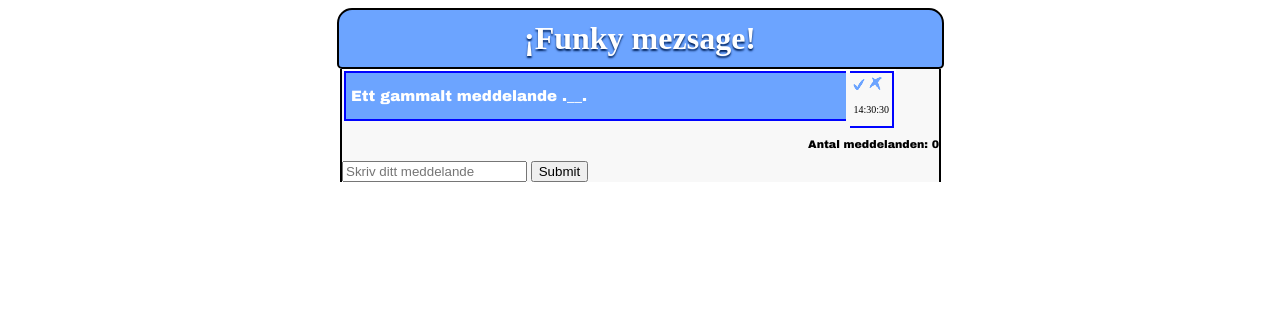
Repository: sk222sw/1dv403-laborationer
Page: 2-labbymezzage/index.html
The author's editor kept a record of every edit. The page is drawn from the files as they stood at one moment, then again after the next edit.
The browser window is 1280 px wide. The pictures show the whole page.

Above is the page before.
Console error: SyntaxError: Unexpected token ';'

### 2-labbymezzage/index.html
<!DOCTYPE html>
<html lang="sv">
<head>
    <meta charset="utf-8" />
    <title>Labby Message</title>

    <link rel="stylesheet" href="css/css.css" />

    <!--<link href='http://fonts.googleapis.com/css?family=Rock+Salt' rel='stylesheet' type='text/css'>-->

</head>
    <body>
        <div id="container">
            <header>
                <h1>¡Funky mezsage!</h1>
            </header>

            <main>
                <section id="mainsection">
                    <section class="oldMsg">

                        <div id="buttons">
                            <div id="timeButton"></div>
                            <div id="deleteButton"></div>
                            <p class="time">14:30:30</p>
                        </div>

                        <div id="oldMessageText">
                            <p class="msgText">Ett gammalt meddelande .__.</p>
                        </div>
                    </section>

                    <section id="newTextSection">
                        <p id="messageCounter">Antal meddelanden: 0</p>
                        <form>
                            <input type="text" id="textarea" name="textarea" placeholder="Skriv ditt meddelande">
                            <input type="submit" value="Submit" id="submit" />
                        </form>
                    </section>
                </section>
            </main>


            <script type="text/javascript" src="script/MessageBoard.js"></script>
            <script type="text/javascript" src="script/message.js"></script>
        </div>
    </body>
</html>

### 2-labbymezzage/css/css.css
/*
container
    main
        header
            h1
        section
            p
            textarea
*/

container: {
    width: 600px;
}

main {
    width: 600px;

    margin: 0 auto;


}

#mainsection {
    width: 597px;

    background: #f8f8f8;


    border-right: solid black 2px;
    border-left: solid black 2px;
}

header {
    margin: 0 auto;
    margin-bottom: 0px;
    background: #6CA4FF;

    width: 603px;

    border: solid black 2px;
    border-bottom: solid black 2px;

    border-top-left-radius: 15px;
    border-top-right-radius: 15px;
    border-bottom-left-radius: 5px;
    border-bottom-right-radius: 5px;

    padding-top: 10px;
    padding-bottom: 10px;
}

h1 {
    position: relative;
    margin: 0 auto;

    text-align: center;
    color: white;
    text-shadow: 0px 2px 2px #00235E;
    /*font-family: "Arial", "Rock Salt";*/

}

.area {
    position: relative;
}

.oldMsg {
    position: relative;

    width: 550px;
    border: solid white 2px;

    margin-bottom: 65px;
    padding: -2px;
}

.time {
    text-align: right;
    font-size: 10px;
}


#timeButton {
	background: url('../pics/checksprite.png') no-repeat -2px -2px;
	width: 12px;
	height: 11px;
	display: inline-block;
}

#deleteButton {
	background: url('../pics/checksprite.png') no-repeat -17px -2px;
	width: 13px;
	height: 13px;
	display: inline-block;
}

#oldMessageText {
    border-bottom: solid #0004FF 2px;
    border-top: solid #0004FF 2px;
    border-left: solid #0004FF 2px;
    width: 500px;
    float: left;

    background-color: #6ca4ff;
    color: white;
    font-family: 'Arial Black', sans-serif;
    font-size: 15px;

}

#buttons {
    padding: 3px;
    padding-bottom: 1px;
    border-right: solid #0004FF 2px;
    border-top: solid #0004FF 2px;
    border-bottom: solid #0004FF 2px;
    float: right;
}

#newTextSection {
    display: block;

    font-family: 'Arial Black';
    font-size: 11px;
}

#messageCounter {
    text-align: right;
}

.msgText {
    padding-left: 5px;
}

### 2-labbymezzage/script/MessageBoard.js
"use strict";

    var MessageBoard = {

        messages: [],

        init:function(e){
            var submit = document.getElementById("submit");
            var textarea = document.getElementById("textarea");

            submit.onclick = MessageBoard.createMessage;

        },

        createMessage: function (){
            var textarea = document.getElementById("textarea");

            MessageBoard.messages.push(new Message(textarea.value, new Date()));
            textarea.value = "";
            textarea.placeholder = "Skriv ditt meddelande.";
            MessageBoard.writeMessage();
            return false; // för att förhindra att sidan defaultladdas om
        },

        writeMessage: function () {
            var div = document.getElementById("msgText");
            document.getElementById("msgText").innerHTML = ;
        }
    };




window.onload = MessageBoard.init;

### 2-labbymezzage/script/message.js
"use strict";

function Message (message, date) {

    this.getText = function() {
        return message;
    },

    this.setText = function(_text) {
        message = _text;
    };

    this.getDate = function() {
        return date;
    };

    this.setDate = function(_date) {
        date = _date;
    };

}

Message.prototype.toString = function() {
    return this.getText()+" ("+this.getDate()+")";
};

Message.prototype.getHTMLText = function() {
    return Message.getText;
};

Message.prototype.getDateText = function() {
    return Message.getDate;
};

After the next edit:
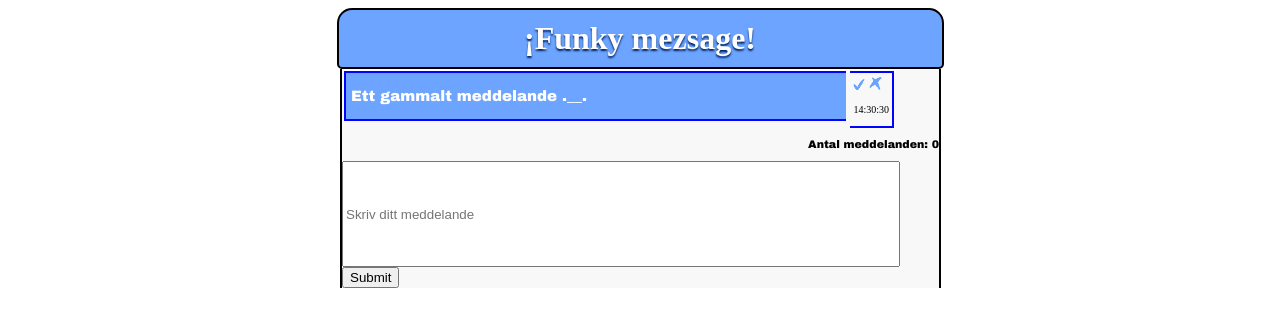
The edit:
--- a/2-labbymezzage/css/css.css
+++ b/2-labbymezzage/css/css.css
@@ -131,3 +131,8 @@ h1 {
 .msgText {
     padding-left: 5px;
 }
+
+#textarea {
+    width: 550px;
+    height: 100px;
+}
